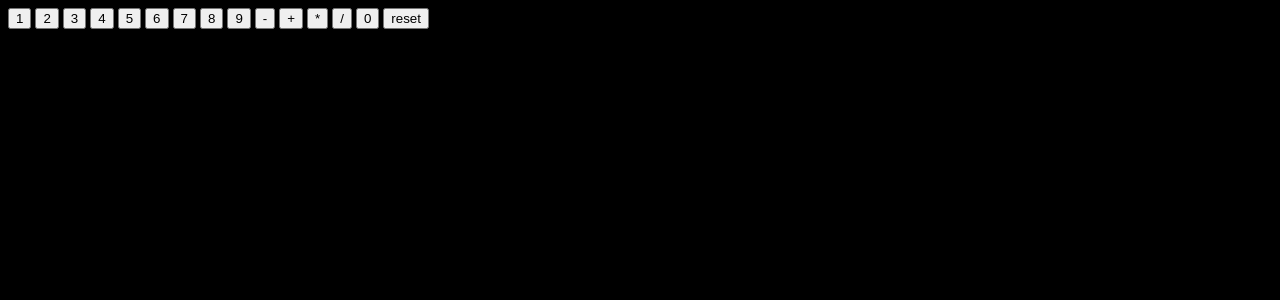
Repository: RoopaAdithya/Hibernate
Page: http://localhost/Saddlepoint/Calculator.jsp
These files come from the project's save history. The page is drawn as it stood at one moment and after the next save; the edit follows.
The browser window is 1280 px wide. The pictures show the whole page.
The page is served by Tomcat 9.

Above is the page before, as saved 2018-03-13 07:25:01.

After the next save:
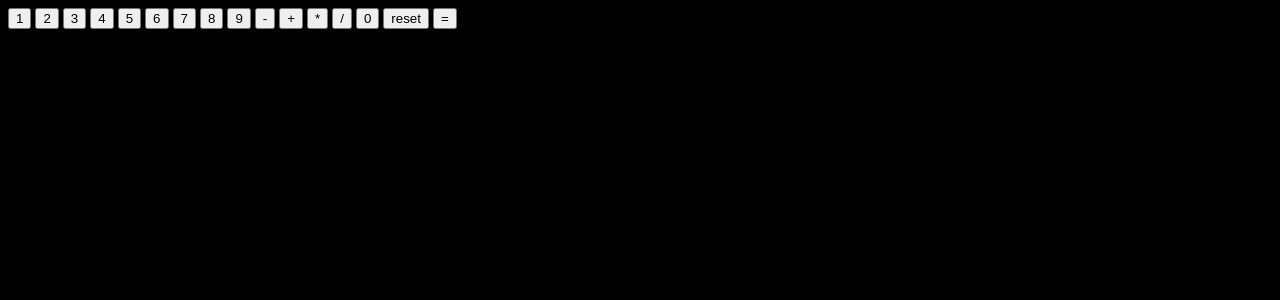
Saved 94 s later.
--- a/Saddlepoint/WebContent/Calculator.jsp
+++ b/Saddlepoint/WebContent/Calculator.jsp
@@ -25,6 +25,8 @@
 
 <input type="reset" value="reset">
 
+<input type="button" value="=">
+
 </form>
 </body>
 </html>
